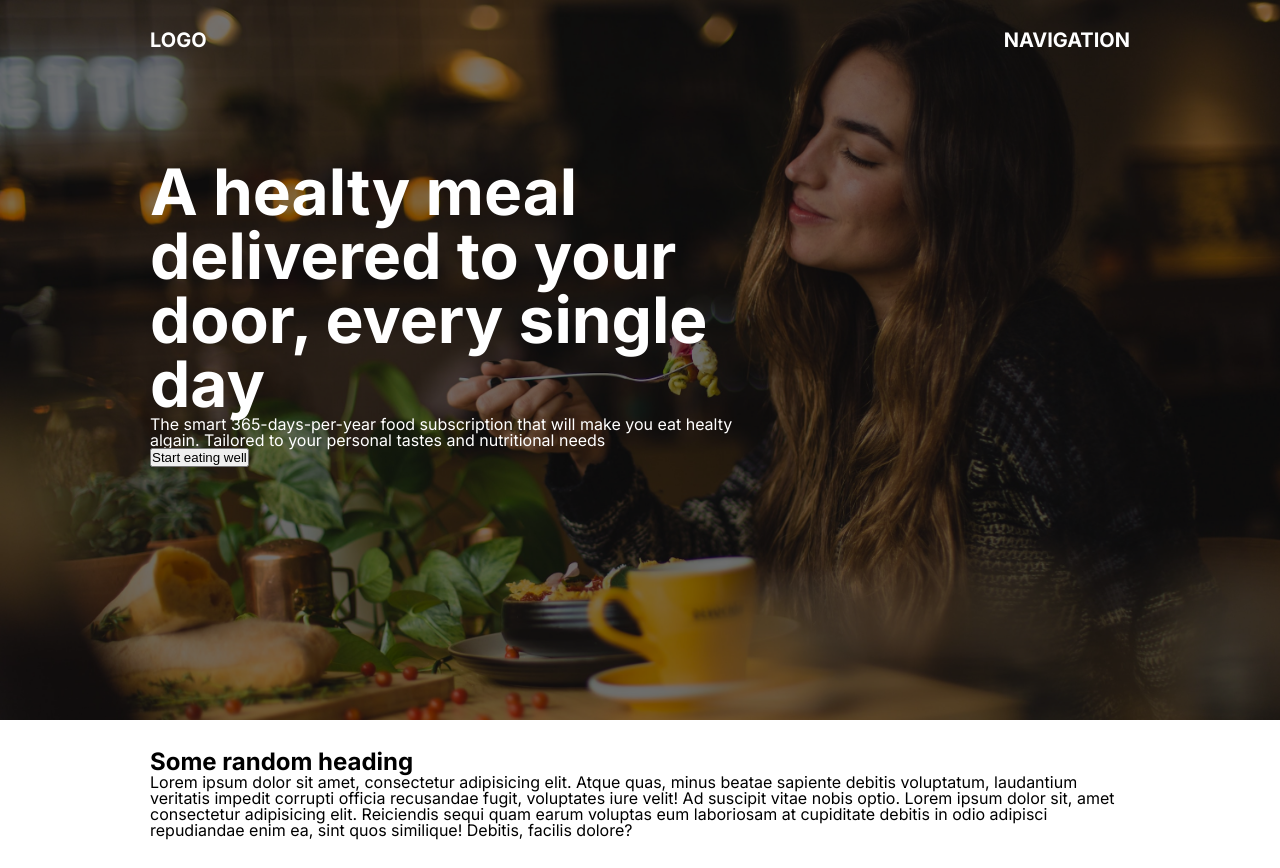
Repository: Ahmed123rezk123/06-Components
Page: hero.html
These files come from the project's save history. The page is drawn as it stood at one moment and after the next save; the edit follows.
The browser window is 1280 px wide. The pictures show the whole page.

Above is the page before, as saved 2024-09-18 09:21:16.

After the next save:
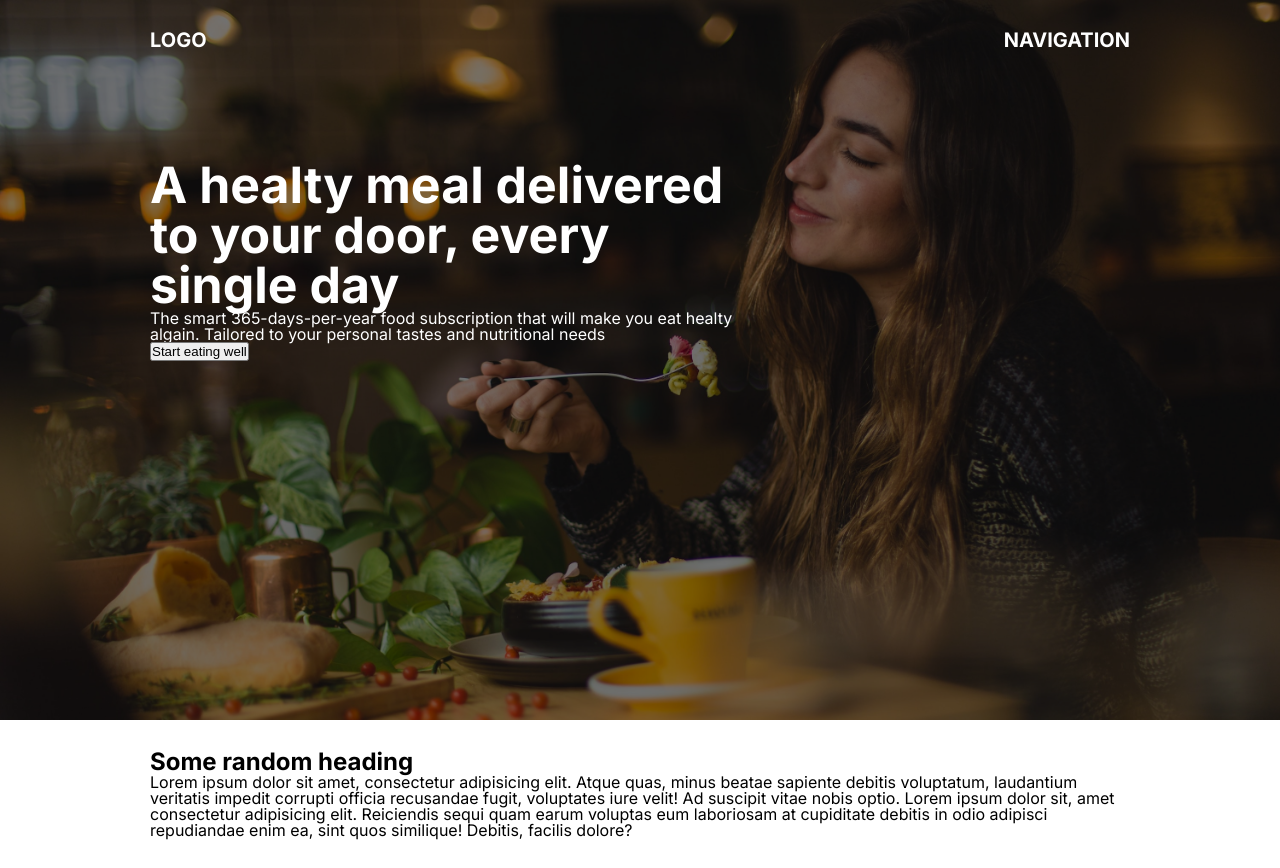
Saved 8 s later.
--- a/hero.html
+++ b/hero.html
@@ -61,7 +61,7 @@
         z-index: 3;
       }
       .header-container-inner h1 {
-        font-size: 64px;
+        font-size: 50px;
       }
     </style>
     <title>Pagination</title>
